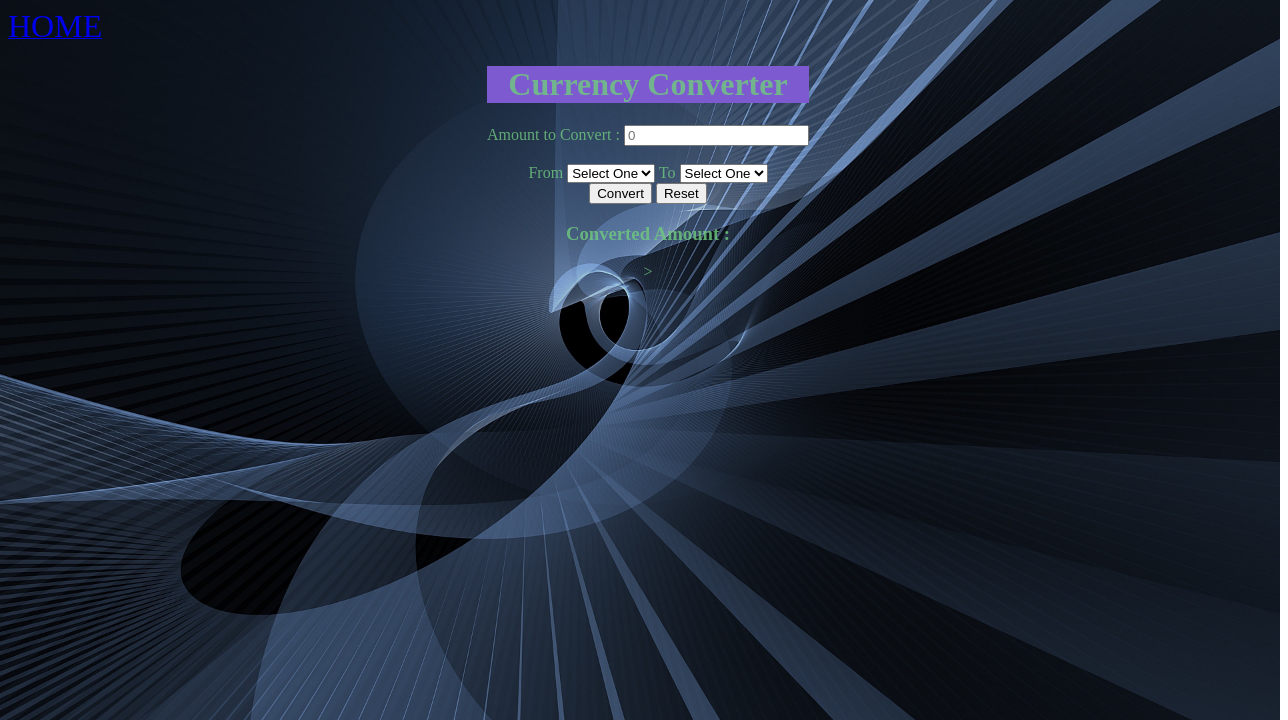
Repository: AJEET006/AdvanceJava-DSA
Page: ADVANCE_JAVA/HW_Example/WebContent/CurrencyConverter.html
The author's editor kept a copy of each file at every save. The page is drawn from the files as they stood at one save, then again after the next save.
The browser window is 1280 px wide. The page is 1288 px wide, so the pictures cover 1288 px, including what lies to the right of the window. The pictures show the whole page.

Above is the page before, as saved 2022-06-22 02:54:24.

After the next save:
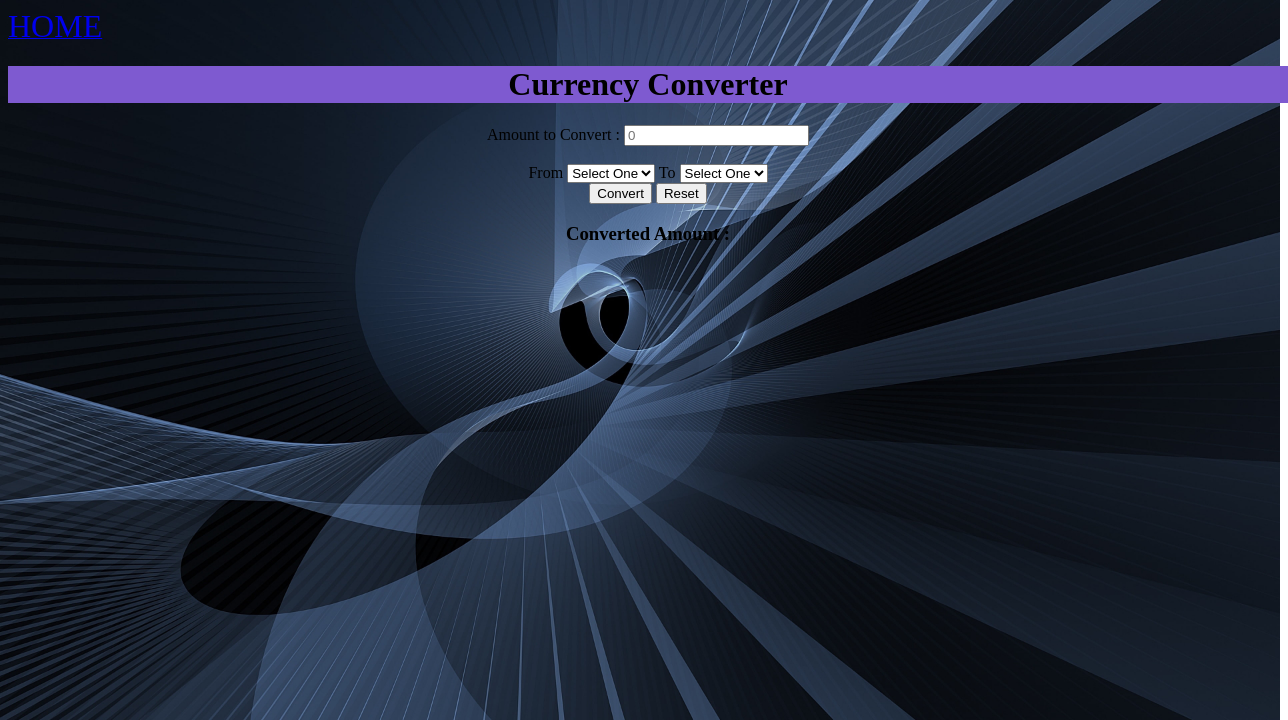
Saved 26 s later.
--- a/ADVANCE_JAVA/HW_Example/WebContent/CurrencyConverter.html
+++ b/ADVANCE_JAVA/HW_Example/WebContent/CurrencyConverter.html
@@ -18,7 +18,7 @@ body {
 		style="border-width: medium;">HOME</font></a>
 	<center>
 	<div
-		style="color: rgba(110, 199, 126, 0.825); border: size 2px; width: fit-content;">
+		style="color: rgba(110, 199, 126, 0.825); border: size 2px; width: fit-content;"></div>
 		<h1 style="background-color: rgb(126, 90, 208);">Currency
 			Converter</h1>
 		Amount to Convert : <input type="text" placeholder="0"> <br />
@@ -38,7 +38,7 @@ body {
 
 
 
-	></div></center>
+	</center>
 
 </body>
 </html>
